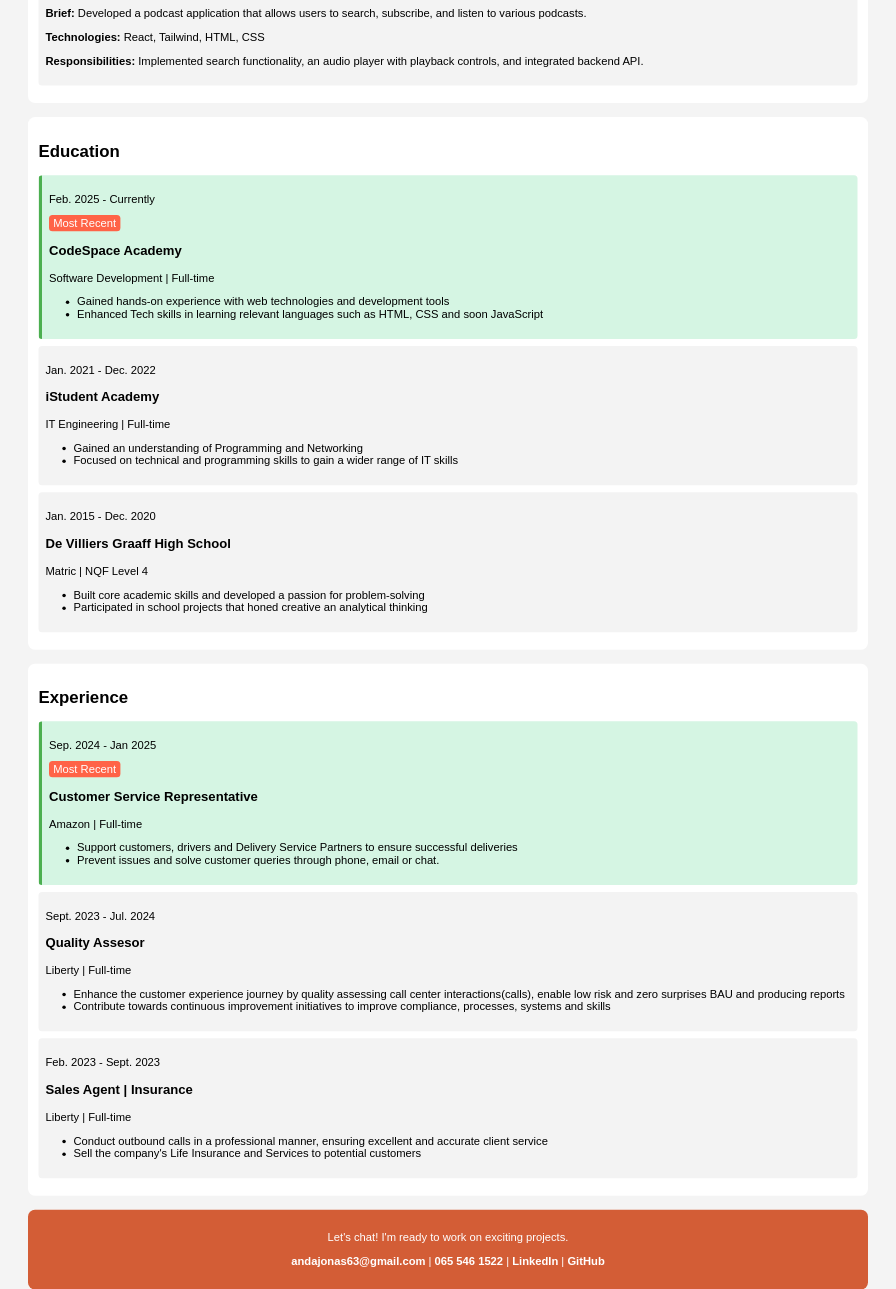
Repository: andajonas/ANDJON25111_fto2502_A2_AndaJonas_SDF_Portfolio_Piece
Page: index.html
An editor plug-in stored every save of this project. The page is shown before and after the next save, followed by the edit.
The browser window is 1280 px wide. The pictures show the part of the page from y = 1286 to 3206 px (the page is 3128 px tall before and 3218 px after), at 70% of full size.
A picture or video elsewhere on the page could not be fetched, so the positions and the page height are approximate.

Above is the page before, as saved 2025-04-03 18:16:36.

After the next save:
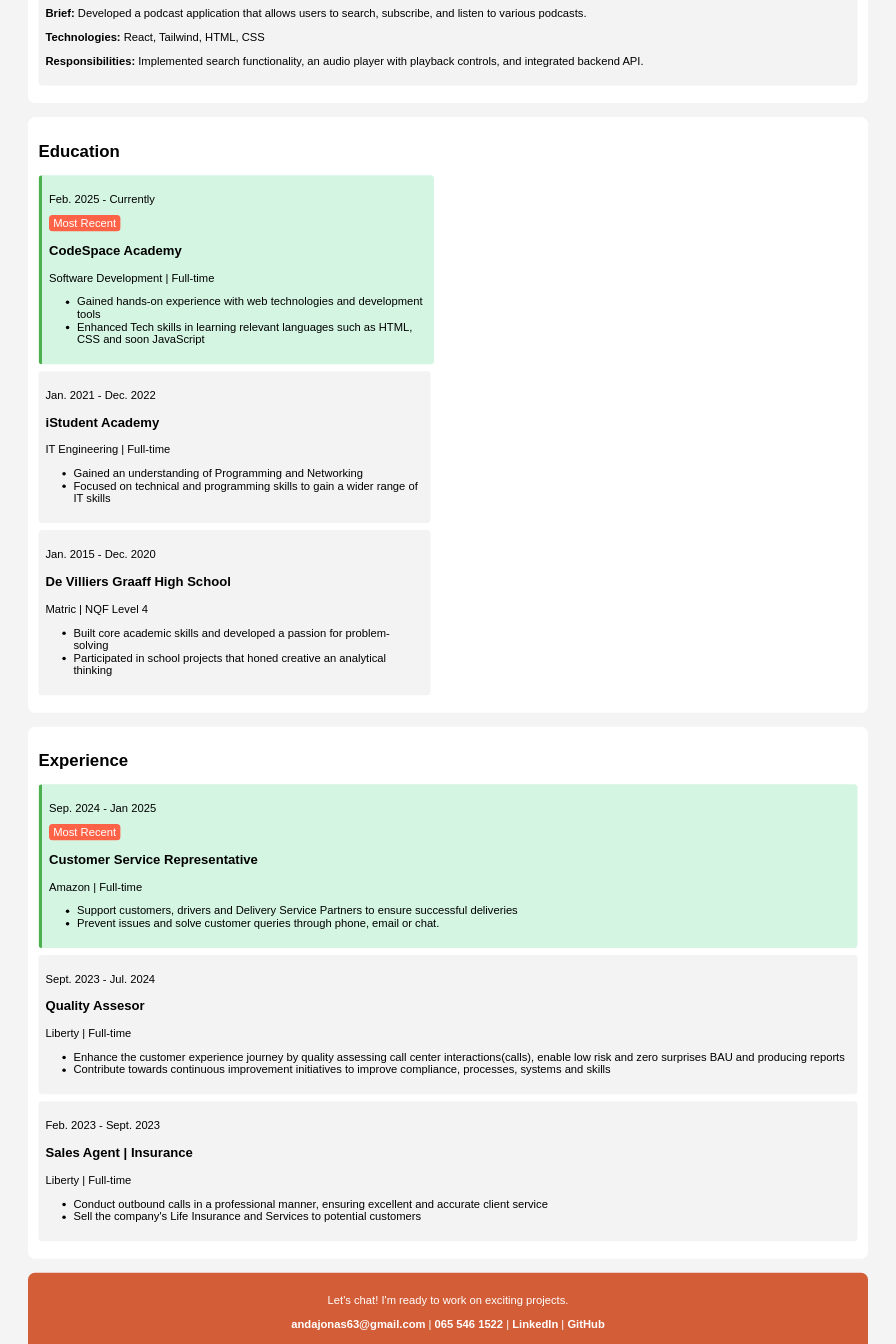
Saved 11 s later.
--- a/styles.css
+++ b/styles.css
@@ -97,7 +97,7 @@ body {
     padding: 10px;
     border-radius: 5px;
     margin-bottom: 10px;
-    width:
+    width: 540px;
 }
 
 /* Experience Section */
